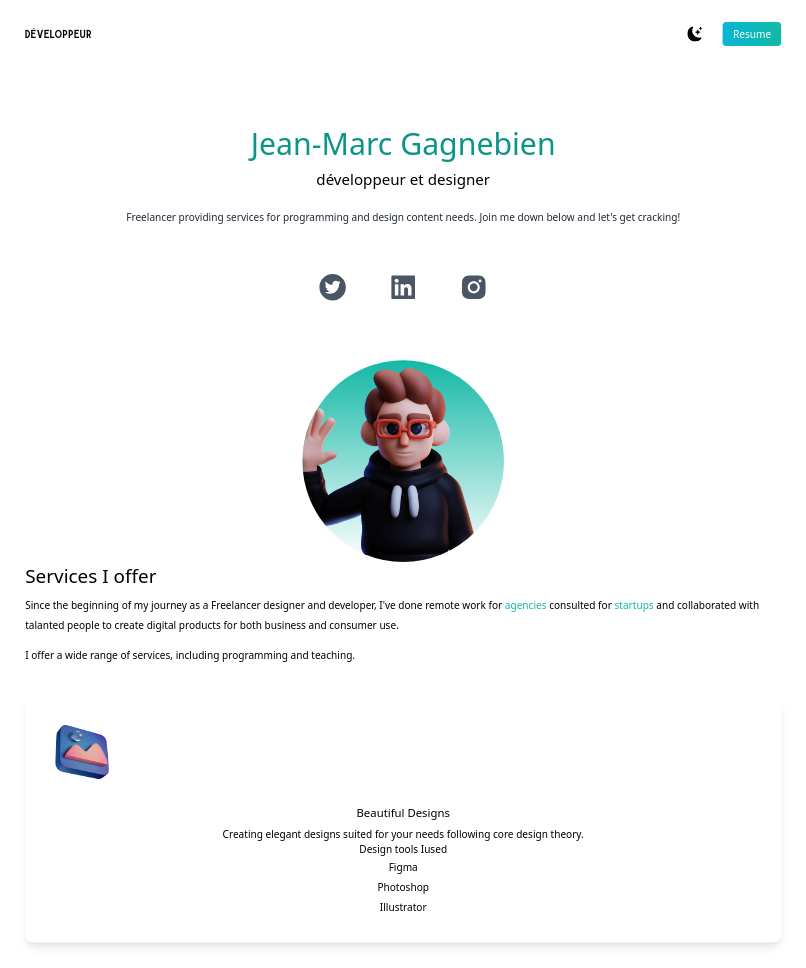
Repository: Jean-MarcG/portfoli_next
Page: /
The author's editor kept a copy of each file at every save. The page is drawn from the files as they stood at one save, then again after a run of saves.
The browser window is 1280 px wide. The pictures show the whole page, at 63% of full size.
The project was rebuilt for these pictures with package versions that can differ from the ones it lists, and the page was loaded fresh each time. The framework's server and built-in components were replaced by stand-ins that run in the browser. Also part of the build but not shown: next.config.js.

Above is the page before, as saved 2023-04-03 11:06:22.

### pages/index.js
import Head from 'next/head';
import {BsFillMoonStarsFill} from 'react-icons/bs';
import {AiFillTwitterCircle, AiFillLinkedin, AiFillInstagram} from 'react-icons/ai'
import Image from 'next/image';
import deved from '../public/dev-ed-wave.png';
import design from '../public/design.png';
import code from '../public/code.png';
import consulting from '../public/consulting.png';

export default function Home() {
  return (
    <>
    <Head>
    <title>Jean-Marc Gagnebien Portfolio</title>
    <meta name="description" content="Generated by create next app" />
    <meta name="viewport" content="width=device-width, initial-scale=1" />
    <link rel="icon" href="/favicon.ico" />
    </Head>
      <main className='bg-white px-10 '>
        <section className='min-h-screen'>
          <nav className='py-10 mb-12 flex justify-between'>
            <h1 className='text-xl font-burtons'>développeur</h1>
              <ul className='flex items-center'>
                <li>
                  <BsFillMoonStarsFill className='cursor-pointer text-2xl'/>
                </li>
                <li>
                  <a className='bg-gradient-to-r from-cyan-500 to-teal-500 text-white px-4 py-2 rounded-md ml-8' href='#'>Resume</a>
                </li>
              </ul>
          </nav>
          <div className='text-center p-10'>
            <h2 className='text-5xl py-2 text-teal-600 font-medium'>Jean-Marc Gagnebien</h2>
            <h3 className='text-2xl py-2'>développeur et designer</h3>
            <p className='text-md py-5 leading-8 text-gray-800'>Freelancer providing services for programming and design content needs. Join me down below and let's get cracking!</p>
          </div>
          <div className='text-5xl flex justify-center gap-16 py-3 text-gray-600'>
            <AiFillTwitterCircle />
            <AiFillLinkedin />
            <AiFillInstagram />
          </div>
          <div>
            <div className='relative mx-auto bg-gradient-to-b from-teal-500 rounded-full w-80 h-80 mt-20 overflow-hidden'>
              <Image src={deved} alt='photo développeur' fill style={{objectFit:'cover'}}/>
            </div>
          </div>
        </section>

        <section>
          <div>
            <h3 className='text-3xl py-1'>Services I offer</h3>
            <p className='text-md py-2 leading-8 text-gray-80'>
              Since the beginning of my journey as a Freelancer designer and developer, I've done remote work for
              <span className='text-teal-500'> agencies </span>consulted for <span className='text-teal-500'> startups </span>and collaborated with talanted people to create digital products for both business and consumer use.
            </p>
            <p className='text-md py-2 leading-8 text-gray-80'>
              I offer a wide range of services, including programming and teaching.
            </p>
          </div>
          <div>
            <div className='text-center shadow-lg p-10 rounded-xl my-10'>
              <Image src={design} alt='image design' width={100} height={100} />
              <h3 className='text-lg font-medium pt-8 pb-2'>Beautiful Designs</h3>
              <p>
                Creating elegant designs suited for your needs following core design theory.
              </p>
              <h4>Design tools Iused</h4>
              <p className='text-grey-800 py-1'>Figma</p>
              <p className='text-grey-800 py-1'>Photoshop</p>
              <p className='text-grey-800 py-1'>Illustrator</p>
            </div>
          </div>
        </section>

      </main>
    </>
    )
  }

### styles/globals.css
@tailwind base;
@tailwind components;
@tailwind utilities;

* {
  box-sizing: border-box;
  padding: 0;
  margin: 0;
}

html,
body {
  max-width: 100vw;
  overflow-x: hidden;
}

body {
  color: rgb(var(--foreground-rgb));
  background: linear-gradient(
      to bottom,
      transparent,
      rgb(var(--background-end-rgb))
    )
    rgb(var(--background-start-rgb));
}

a {
  color: inherit;
  text-decoration: none;
}

@font-face {
  font-family: "burtons";
  src: url(../public/Burtons.otf);
}

### tailwind.config.js
/** @type {import('tailwindcss').Config} */
module.exports = {
  content: [
    "./app/**/*.{js,ts,jsx,tsx}",
    "./pages/**/*.{js,ts,jsx,tsx}",
    "./components/**/*.{js,ts,jsx,tsx}",

    // Or if using `src` directory:
    "./src/**/*.{js,ts,jsx,tsx}",
  ],
  theme: {
    extend: {
      fontFamily: {
        burtons: 'burtons',
      }
    },
  },
  plugins: [],
}

Loaded but not shown: pages/_app.js (common file); pages/_document.js (common file)

After the next 2 saves:
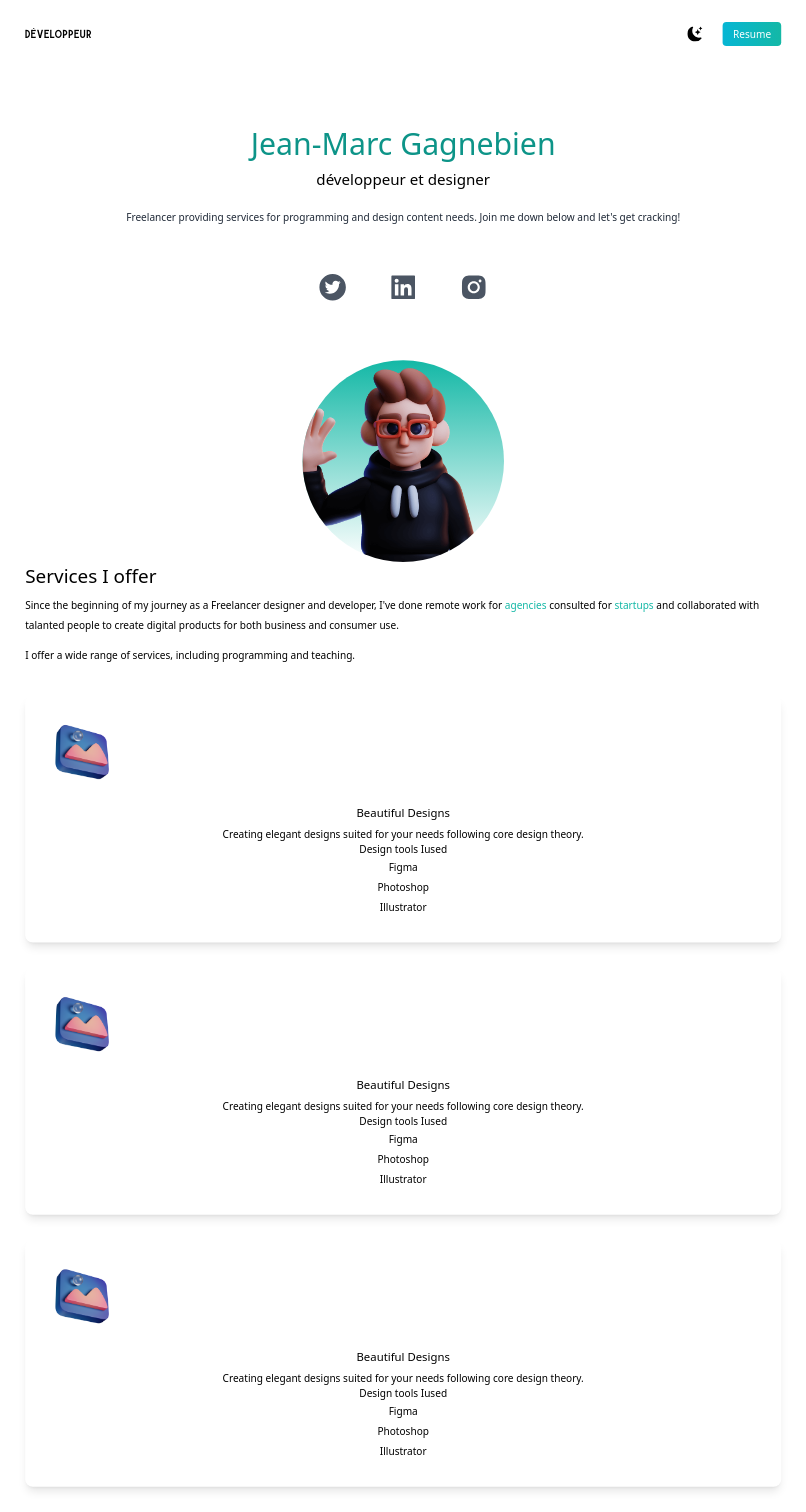
The 2 saves are shown as one change because 1 did not build or start.
The last was saved 46 s later.
--- a/pages/index.js
+++ b/pages/index.js
@@ -70,6 +70,28 @@
               <p className='text-grey-800 py-1'>Illustrator</p>
             </div>
           </div>
+            <div className='text-center shadow-lg p-10 rounded-xl my-10'>
+              <Image src={design} alt='image design' width={100} height={100} />
+              <h3 className='text-lg font-medium pt-8 pb-2'>Beautiful Designs</h3>
+              <p>
+                Creating elegant designs suited for your needs following core design theory.
+              </p>
+              <h4>Design tools Iused</h4>
+              <p className='text-grey-800 py-1'>Figma</p>
+              <p className='text-grey-800 py-1'>Photoshop</p>
+              <p className='text-grey-800 py-1'>Illustrator</p>
+            </div>
+            <div className='text-center shadow-lg p-10 rounded-xl my-10'>
+              <Image src={design} alt='image design' width={100} height={100} />
+              <h3 className='text-lg font-medium pt-8 pb-2'>Beautiful Designs</h3>
+              <p>
+                Creating elegant designs suited for your needs following core design theory.
+              </p>
+              <h4>Design tools Iused</h4>
+              <p className='text-grey-800 py-1'>Figma</p>
+              <p className='text-grey-800 py-1'>Photoshop</p>
+              <p className='text-grey-800 py-1'>Illustrator</p>
+            </div>
         </section>
 
       </main>
